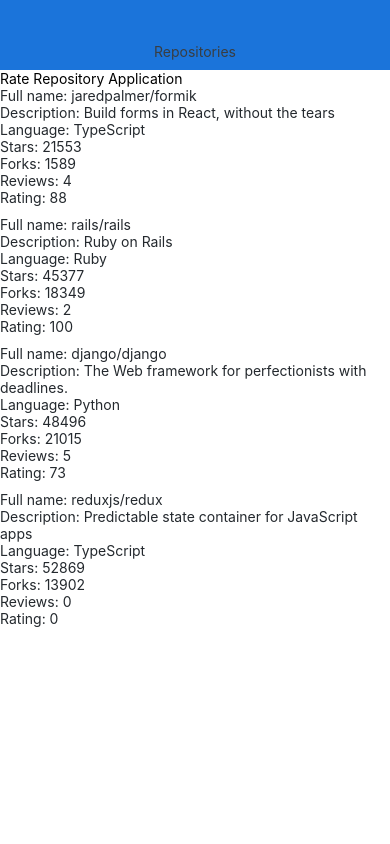
Repository: OrmeSile/react-native-FSO
Screen: / (app in rate-repository-app/)
The author's editor kept a copy of each file at every save. The screen is drawn from the files as they stood at one save, then again after the next save.
The app was drawn by React Native's web renderer in a window 390 px wide. The project was rebuilt for these pictures with package versions that can differ from the ones it lists, and the page was loaded fresh each time. Some packages were replaced by stand-ins written for this rebuild.

Above is the screen before, as saved 2022-05-15 16:39:30.

### rate-repository-app/src/components/Main.jsx
import { Text, StyleSheet, View } from 'react-native';
import AppBar from './AppBar';
import RepositoryList from './RepositoryList';

const styles = StyleSheet.create({
  container: {
    flexGrow: 1,
    flexShrink: 1,
  },
});

const Main = () => {
  return (
    <View style={styles.container}>
      <AppBar/>
      <Text>Rate Repository Application</Text>
        <RepositoryList />
    </View>
  );
};

export default Main;

### rate-repository-app/src/components/AppBar.jsx
import { View, StyleSheet, Pressable } from 'react-native';
import Text from './Text';
import Constants from 'expo-constants';
import theme from '../theme';

const styles = StyleSheet.create({
  container: {
    paddingTop: Constants.statusBarHeight,
    height: 70,
    backgroundColor: theme.colors.appBarBackgroundColor,
    opacity: 0.9,
    display: 'flex',
    flexDirection: 'row'
  },
  pressableTab: {
    display: 'flex',
    flexGrow: 1,
    alignItems: 'center',
    justifyContent: 'flex-end',
    padding: 10,
    backgroundColor: theme.colors.primary
  }
});

const AppBar = () => {
  return <View style={styles.container}>
    <Pressable style={styles.pressableTab} onPress={() => console.log('pressed')}>
      <Text>Repositories</Text>
    </Pressable>
  </View>;
};

export default AppBar;

### rate-repository-app/src/components/RepositoryList.jsx
import { FlatList, View, StyleSheet } from 'react-native';
import RepositoryItem from './RepositoryItem';

const styles = StyleSheet.create({
  separator: {
    height: 10,
  },
});

const repositories = [
  {
    id: 'jaredpalmer.formik',
    fullName: 'jaredpalmer/formik',
    description: 'Build forms in React, without the tears',
    language: 'TypeScript',
    forksCount: 1589,
    stargazersCount: 21553,
    ratingAverage: 88,
    reviewCount: 4,
    ownerAvatarUrl: 'https://avatars2.githubusercontent.com/u/4060187?v=4',
  },
  {
    id: 'rails.rails',
    fullName: 'rails/rails',
    description: 'Ruby on Rails',
    language: 'Ruby',
    forksCount: 18349,
    stargazersCount: 45377,
    ratingAverage: 100,
    reviewCount: 2,
    ownerAvatarUrl: 'https://avatars1.githubusercontent.com/u/4223?v=4',
  },
  {
    id: 'django.django',
    fullName: 'django/django',
    description: 'The Web framework for perfectionists with deadlines.',
    language: 'Python',
    forksCount: 21015,
    stargazersCount: 48496,
    ratingAverage: 73,
    reviewCount: 5,
    ownerAvatarUrl: 'https://avatars2.githubusercontent.com/u/27804?v=4',
  },
  {
    id: 'reduxjs.redux',
    fullName: 'reduxjs/redux',
    description: 'Predictable state container for JavaScript apps',
    language: 'TypeScript',
    forksCount: 13902,
    stargazersCount: 52869,
    ratingAverage: 0,
    reviewCount: 0,
    ownerAvatarUrl: 'https://avatars3.githubusercontent.com/u/13142323?v=4',
  },
];

const ItemSeparator = () => <View style={styles.separator} />;

const RepositoryList = () => {
  return (
    <FlatList
      data={repositories}
      ItemSeparatorComponent={ItemSeparator}
      renderItem={({ item }) => (
        <RepositoryItem key={item.id} item={item}/>
      )}
    />
  );
};

export default RepositoryList;

### rate-repository-app/src/components/Text.jsx
import { Text as NativeText, StyleSheet } from 'react-native';

import theme from '../theme';

const styles = StyleSheet.create({
  text: {
    color: theme.colors.textPrimary,
    fontSize: theme.fontSizes.body,
    fontFamily: theme.fonts.main,
    fontWeight: theme.fontWeights.normal,
  },
  colorTextSecondary: {
    color: theme.colors.textSecondary,
  },
  colorPrimary: {
    color: theme.colors.primary,
  },
  fontSizeSubheading: {
    fontSize: theme.fontSizes.subheading,
  },
  fontWeightBold: {
    fontWeight: theme.fontWeights.bold,
  },
});

const Text = ({ color, fontSize, fontWeight, style, ...props }) => {
  const textStyle = [
    styles.text,
    color === 'textSecondary' && styles.colorTextSecondary,
    color === 'primary' && styles.colorPrimary,
    fontSize === 'subheading' && styles.fontSizeSubheading,
    fontWeight === 'bold' && styles.fontWeightBold,
    style,
  ];

  return <NativeText style={textStyle} {...props} />;
};

export default Text;

### rate-repository-app/src/theme.js
const theme = {
  colors: {
    textPrimary: '#24292e',
    textSecondary: '#586069',
    primary: '#0366d6',
    appBarBackgroundColor: '#24292e'
  },
  fontSizes: {
    body: 14,
    subheading: 16,
  },
  fonts: {
    main: 'System',
  },
  fontWeights: {
    normal: '400',
    bold: '700',
  },
};

export default theme;

### rate-repository-app/src/components/RepositoryItem.jsx
import { View } from 'react-native';
import Text from './Text';

const RepositoryItem = ({ item }) => {
  return (
    <View>
      <Text>Full name: {item.fullName}</Text>
      <Text>Description: {item.description}</Text>
      <Text>Language: {item.language}</Text>
      <Text>Stars: {item.stargazersCount}</Text>
      <Text>Forks: {item.forksCount}</Text>
      <Text>Reviews: {item.reviewCount}</Text>
      <Text>Rating: {item.ratingAverage}</Text>
    </View>
  );
};

export default RepositoryItem;

Loaded but not shown: rate-repository-app/App.js (common file)

After the next save:
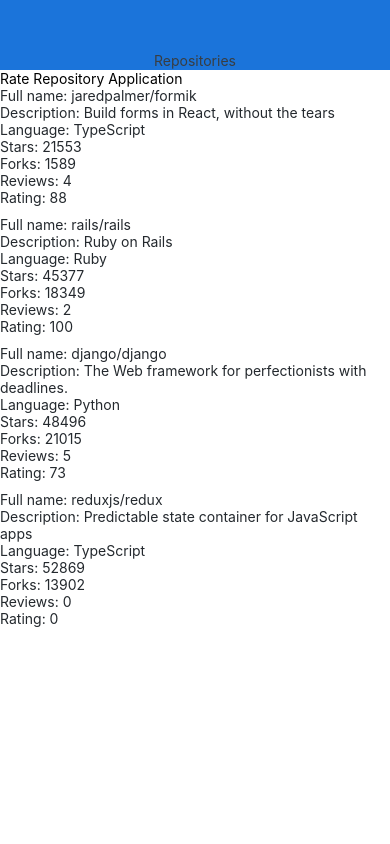
Saved 4 s later.
--- a/rate-repository-app/src/components/AppBar.jsx
+++ b/rate-repository-app/src/components/AppBar.jsx
@@ -17,7 +17,7 @@
     flexGrow: 1,
     alignItems: 'center',
     justifyContent: 'flex-end',
-    padding: 10,
+    padding: 1,
     backgroundColor: theme.colors.primary
   }
 });
